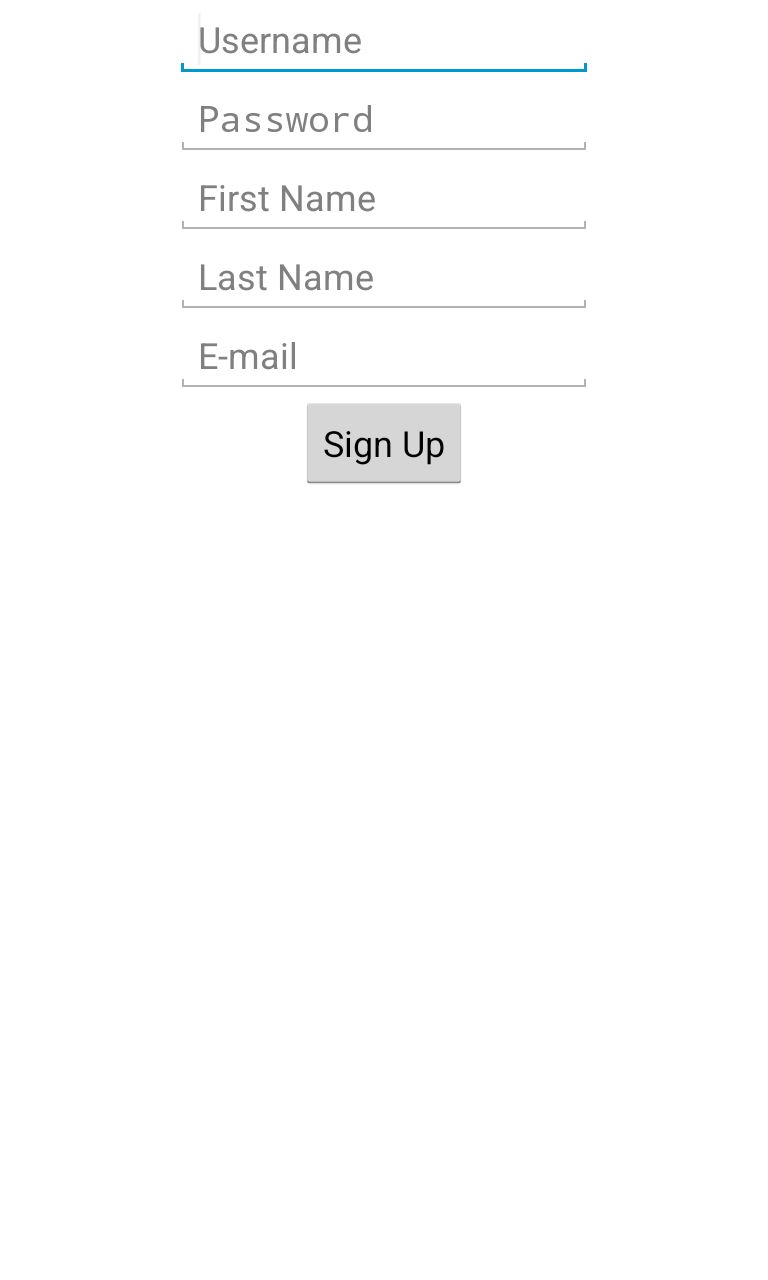
Repository: Dres90/TourngenWS
Layout: APP/Tourngen/res/layout/signup.xml
The author's editor kept a copy of each file at every save. The layout is drawn from the files as they stood at one save, then again after the next save.
It is drawn on a 768 x 1280 px phone screen (xhdpi) without system bars, with theme AppTheme; the app's code is not run.

Above is the layout before, as saved 2014-04-11 22:12:15.

### APP/Tourngen/res/layout/signup.xml
<?xml version="1.0" encoding="utf-8"?>
<GridLayout xmlns:android="http://schemas.android.com/apk/res/android"
    android:layout_width="match_parent"
    android:layout_height="match_parent"
    android:layout_gravity="top|center_horizontal"
    android:columnCount="1" >

    <EditText
        android:id="@+id/signup_user"
        android:layout_column="0"
        android:layout_gravity="center_horizontal|top"
        android:layout_row="0"
        android:ems="10"
        android:hint="@string/username" >

        <requestFocus />
    </EditText>

    <EditText
        android:id="@+id/signup_pass"
        android:layout_column="0"
        android:layout_gravity="center_horizontal|top"
        android:layout_row="1"
        android:ems="10"
        android:hint="@string/password"
        android:inputType="textPassword" />

    <EditText
        android:id="@+id/signup_name"
        android:layout_column="0"
        android:layout_gravity="center_horizontal|top"
        android:layout_row="2"
        android:ems="10"
        android:hint="@string/first_name"
        android:inputType="textPersonName" />

    <EditText
        android:id="@+id/signup_lastname"
        android:layout_column="0"
        android:layout_gravity="center_horizontal|top"
        android:layout_row="3"
        android:ems="10"
        android:hint="@string/last_name"
        android:inputType="textPersonName" />

    <EditText
        android:id="@+id/signup_email"
        android:layout_column="0"
        android:layout_gravity="center_horizontal|top"
        android:layout_row="4"
        android:ems="10"
        android:hint="@string/e_mail"
        android:inputType="textEmailAddress" />

    <LinearLayout
        android:layout_column="0"
        android:layout_gravity="top|center_horizontal"
        android:layout_row="5" >

    </LinearLayout>

    <Button
        android:id="@+id/signup_signup"
        android:layout_column="0"
        android:layout_gravity="center_horizontal|top"
        android:layout_row="5"
        android:onClick="signup"
        android:text="@string/sign_up" />

</GridLayout>

### APP/Tourngen/res/values/strings.xml
<?xml version="1.0" encoding="utf-8"?>
<resources>

    <string name="app_name">Tourngen</string>
    <string name="hello_world">Hello world!</string>
    <string name="action_settings">Settings</string>
    <string name="log_in">Log in</string>
    <string name="sign_up">Sign Up</string>
    <string name="username">Username</string>
    <string name="password">Password</string>
    <string name="log_out">Log Out</string>
    <string name="sync">Synchronize</string>
    <string name="first_name">First Name</string>
    <string name="last_name">Last Name</string>
    <string name="e_mail">E-mail</string>
    <string name="new_tournament">New Tournament</string>
    <string name="register">Register</string>

</resources>

Loaded but not shown: APP/Tourngen/res/values/styles.xml (common file); APP/Tourngen/res/values-v11/styles.xml (common file); APP/Tourngen/res/values-v14/styles.xml (common file)

After the next save:
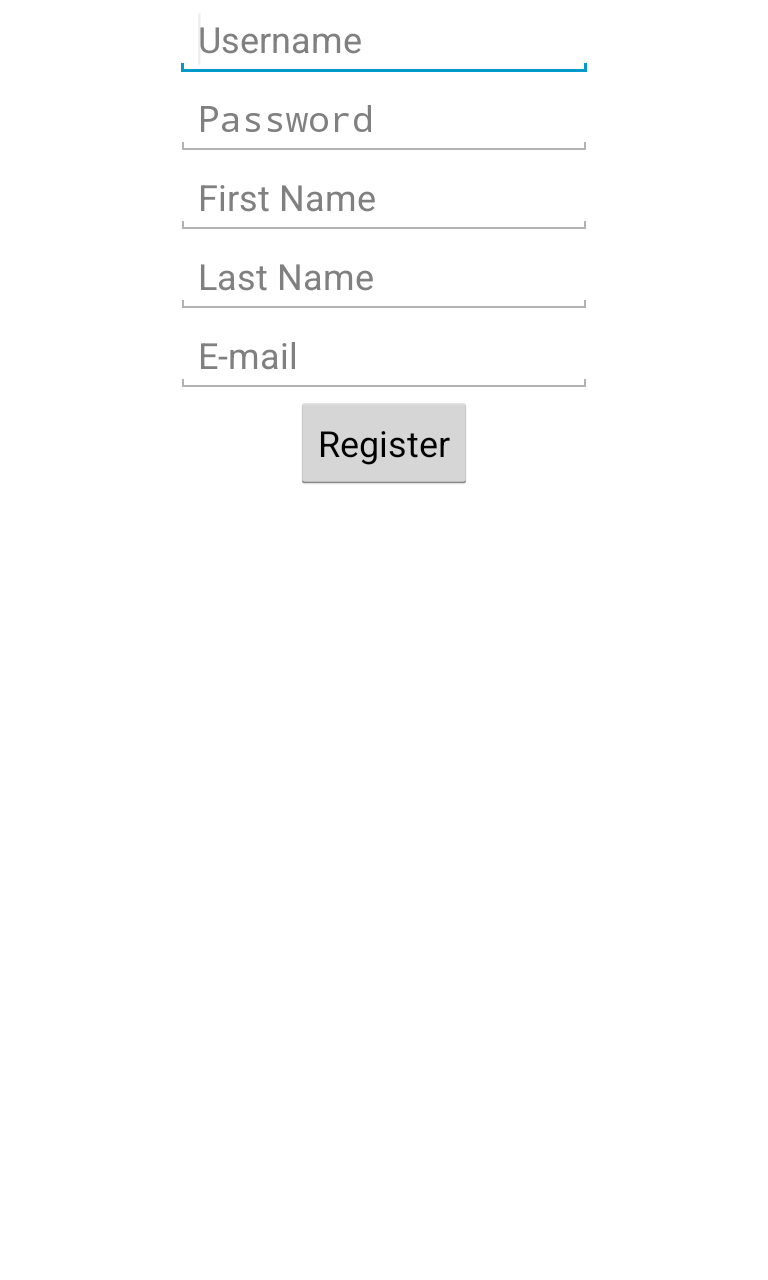
Saved 57 s later.
--- a/APP/Tourngen/res/layout/signup.xml
+++ b/APP/Tourngen/res/layout/signup.xml
@@ -64,7 +64,7 @@
         android:layout_column="0"
         android:layout_gravity="center_horizontal|top"
         android:layout_row="5"
-        android:onClick="signup"
-        android:text="@string/sign_up" />
+        android:onClick="register"
+        android:text="@string/register" />
 
 </GridLayout>
